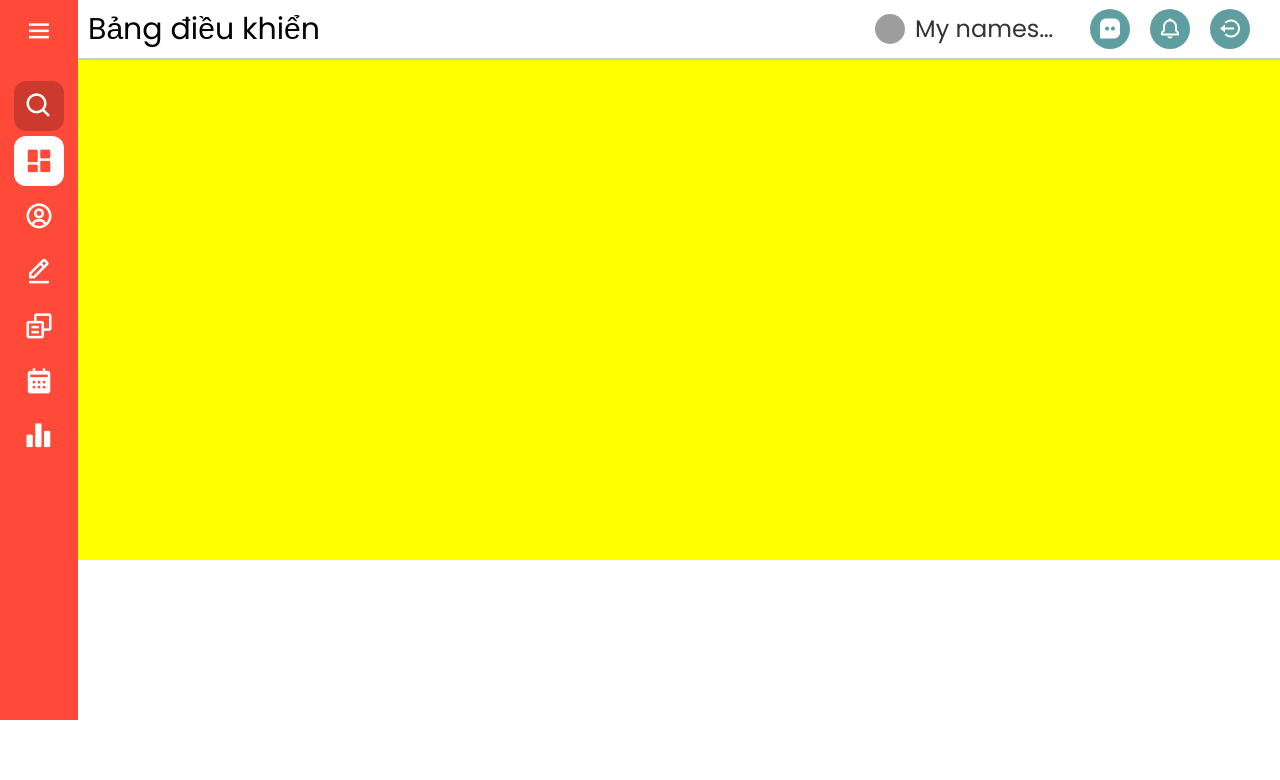
Repository: ThangQuyeenf/Wassefy.github.io
Page: teacher.html
These files come from the project's save history. The page is drawn as it stood at one moment and after the next save; the edit follows.
The browser window is 1280 px wide. The pictures show the whole page.
Pictures or frames that could not be fetched are drawn as grey boxes.

Above is the page before, as saved 2021-08-31 08:34:21.

After the next save:
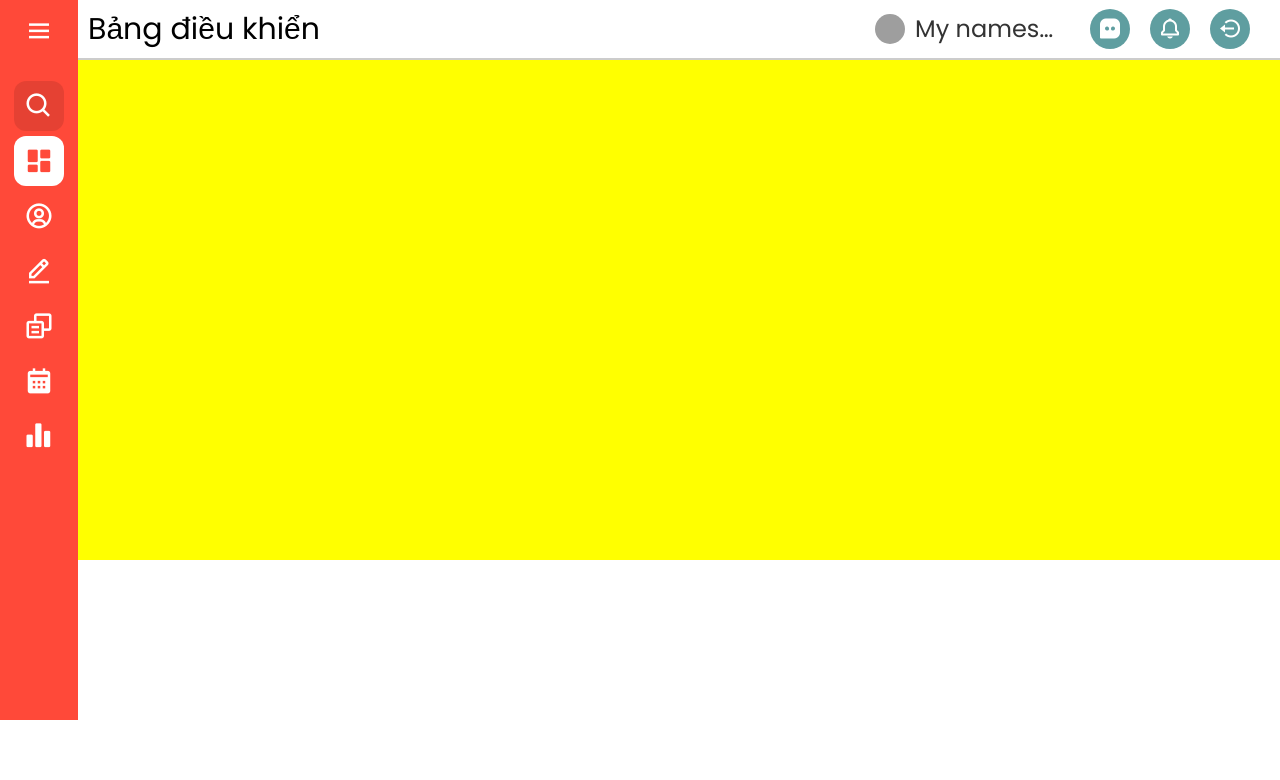
Saved 14 s later.
--- a/CSS/general.css
+++ b/CSS/general.css
@@ -224,7 +224,7 @@ body {
     border-radius: 12px;
     outline: none;
     border: none;
-    background:rgba(0, 0, 0 ,0.2);
+    background:rgba(0, 0, 0 ,0.1);
     padding-left: 50px;
     font-size: 18px;
     color: #fff;
